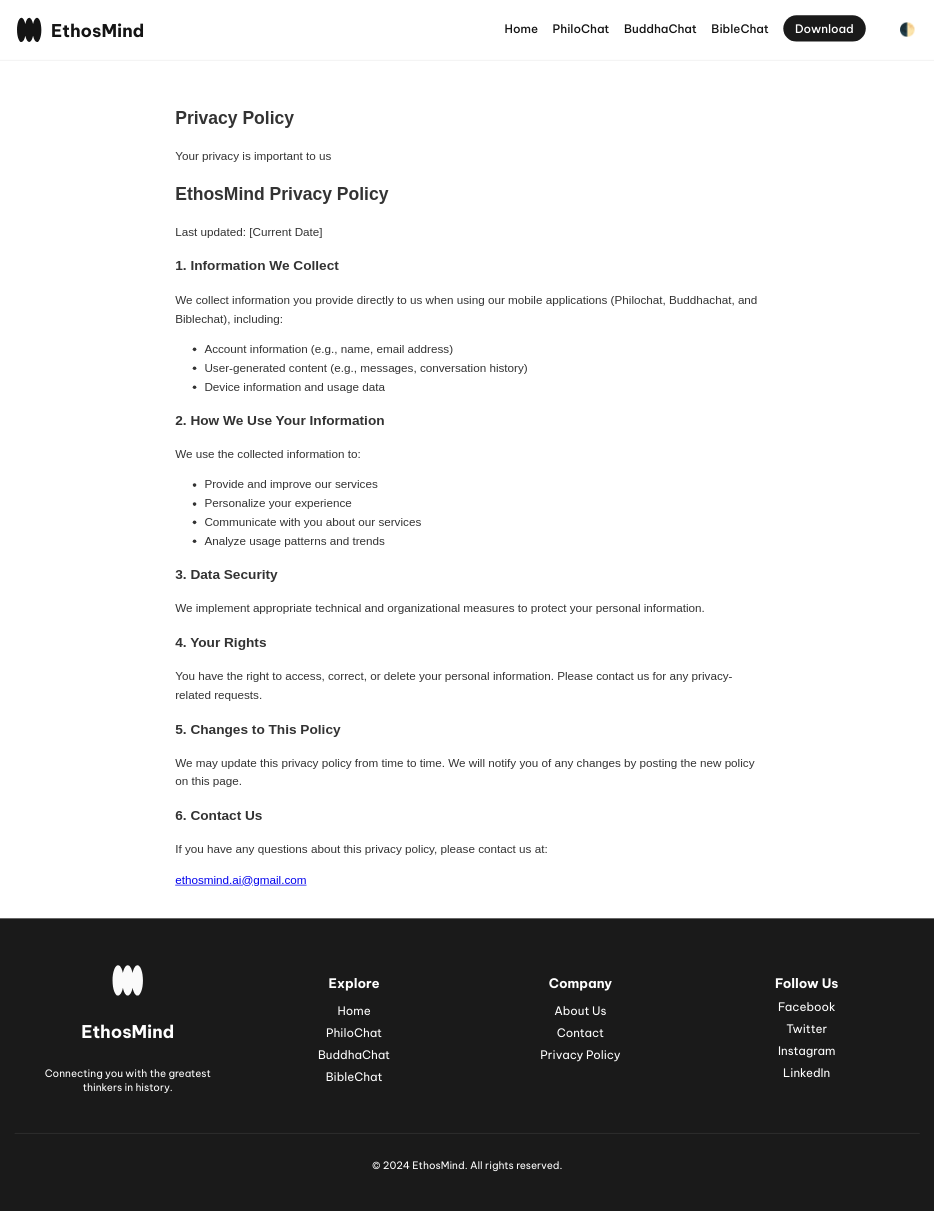
Repository: HSfac/EthosMindWeb
Page: /privacy
These files come from the project's save history. The page is drawn as it stood at one moment and after a run of saves; the edit follows.
The browser window is 1280 px wide. The pictures show the whole page, at 73% of full size.
The project was rebuilt for these pictures with package versions that can differ from the ones it lists, and the page was loaded fresh each time. Also part of the build but not shown: src/pages/Home.css, src/pages/Home.jsx, src/pages/SaintsChat.css, src/pages/SaintsChat.jsx, src/pages/BuddhaChat.css, src/pages/BuddhaChat.jsx, src/pages/BibleChat.css, src/pages/BibleChat.jsx and 6 more.

Above is the page before, as saved 2024-07-27 20:33:20.

### src/index.css
@import url('https://fonts.googleapis.com/css2?display=swap&family=Be+Vietnam+Pro:wght@400;500;700;900&family=Noto+Sans:wght@400;500;700;900');

body {
  font-family: "Be Vietnam Pro", "Noto Sans", sans-serif;
  margin: 0;
  padding: 0;
  box-sizing: border-box;
}

### src/App.jsx
import React from 'react';
import { BrowserRouter as Router, Route, Routes } from 'react-router-dom';
import Home from './pages/Home.jsx';
import SaintsChat from './pages/SaintsChat.jsx';
import BuddhaChat from './pages/BuddhaChat.jsx';
import BibleChat from './pages/BibleChat.jsx';
import Download from './pages/Download.jsx';
import About from './pages/AboutUs.jsx'; // About 페이지를 추가합니다.
import Contact from './pages/Contact.jsx'; // Contact 페이지를 추가합니다.
import Privacy from './pages/PrivacyPolicy'; // Privacy 페이지를 추가합니다.
import Header from './components/Header.jsx';
import Footer from './components/Footer.jsx';

function App() {
  return (
    <Router>
      <Header />
      <Routes>
        <Route path="/" element={<Home />} />
        <Route path="/saintschat" element={<SaintsChat />} />
        <Route path="/buddhachats" element={<BuddhaChat />} />
        <Route path="/biblechats" element={<BibleChat />} />
        <Route path="/download" element={<Download />} />
        <Route path="/about" element={<About />} /> {/* About 페이지를 추가합니다. */}
        <Route path="/contact" element={<Contact />} /> {/* Contact 페이지를 추가합니다. */}
        <Route path="/privacy" element={<Privacy />} /> {/* Privacy 페이지를 추가합니다. */}
      </Routes>
      <Footer />
    </Router>
  );
}

export default App;

### src/pages/PrivacyPolicy.jsx
import React from 'react';
import './PrivacyPolicy.css';

function Privacy() {
  return (
    <main className="privacy-main">
      <section className="privacy-hero">
        <h1 className="privacy-hero-title">Privacy Policy</h1>
        <p className="privacy-hero-description">Your privacy is important to us</p>
      </section>

      <section className="privacy-content">
        <h2 className="privacy-section-title">EthosMind Privacy Policy</h2>
        <p>Last updated: [Current Date]</p>

        <h3>1. Information We Collect</h3>
        <p>We collect information you provide directly to us when using our mobile applications (Philochat, Buddhachat, and Biblechat), including:</p>
        <ul>
          <li>Account information (e.g., name, email address)</li>
          <li>User-generated content (e.g., messages, conversation history)</li>
          <li>Device information and usage data</li>
        </ul>

        <h3>2. How We Use Your Information</h3>
        <p>We use the collected information to:</p>
        <ul>
          <li>Provide and improve our services</li>
          <li>Personalize your experience</li>
          <li>Communicate with you about our services</li>
          <li>Analyze usage patterns and trends</li>
        </ul>

        <h3>3. Data Security</h3>
        <p>We implement appropriate technical and organizational measures to protect your personal information.</p>

        <h3>4. Your Rights</h3>
        <p>You have the right to access, correct, or delete your personal information. Please contact us for any privacy-related requests.</p>

        <h3>5. Changes to This Policy</h3>
        <p>We may update this privacy policy from time to time. We will notify you of any changes by posting the new policy on this page.</p>

        <h3>6. Contact Us</h3>
        <p>If you have any questions about this privacy policy, please contact us at:</p>
        <a href="mailto:ethosmind.ai@gmail.com" className="privacy-email">ethosmind.ai@gmail.com</a>
      </section>
    </main>
  );
}

export default Privacy;

### src/components/Header.jsx
import React, { useEffect, useState } from 'react';
import { Link } from 'react-router-dom';
import './Header.css';
import logoBlack from '../assets/images/metamindlogoblack.svg'; // 로고 이미지 경로에 맞게 수정하세요.
import logoWhite from '../assets/images/metamindlogowhite.svg'; // 로고 이미지 경로에 맞게 수정하세요.

function Header() {
  const [isDarkMode, setIsDarkMode] = useState(false);

  useEffect(() => {
    const darkModeClass = 'dark-mode';
    const bodyClassList = document.body.classList;
    const isDark = bodyClassList.contains(darkModeClass);
    setIsDarkMode(isDark);
  }, []);

  const toggleDarkMode = () => {
    document.body.classList.toggle('dark-mode');
    setIsDarkMode(!isDarkMode);
  };

  return (
    <header className="header">
      <div className="header-logo-container">
        <Link to="/" className="header-logo-link">
          <img
            src={isDarkMode ? logoWhite : logoBlack}
            alt="MetaMind Logo"
            className="header-logo"
          />
          <h1 className="header-title">EthosMind</h1>
        </Link>
      </div>
      <nav className="nav">
        <ul className="nav-list">
          <li className="nav-item"><Link to="/">Home</Link></li>
          <li className="nav-item"><Link to="/saintschat">PhiloChat</Link></li>
          <li className="nav-item"><Link to="/buddhachats">BuddhaChat</Link></li>
          <li className="nav-item"><Link to="/biblechats">BibleChat</Link></li>
          <li className="nav-item header-download-button"><Link to="/download">Download</Link></li>
          <li className="nav-item"><button className="toggle-button" onClick={toggleDarkMode}>🌓</button></li>
        </ul>
      </nav>
    </header>
  );
}

export default Header;

### src/components/Footer.jsx
import React from 'react';
import { Link } from 'react-router-dom';
import './Footer.css';
import logoWhite from '../assets/images/metamindlogowhite.svg'; // 로고 이미지 경로

function Footer() {
  return (
    <footer className="footer">
      <div className="footer-content">
        <div className="footer-section footer-logo-section">
          <img src={logoWhite} alt="MetaMind Logo" className="footer-logo" />
          <h2 className="footer-title">EthosMind</h2>
          <p className="footer-description">Connecting you with the greatest thinkers in history.</p>
        </div>
        <div className="footer-section">
          <h3 className="footer-subtitle">Explore</h3>
          <ul className="footer-links">
            <li><Link to="/">Home</Link></li>
            <li><Link to="/saintschat">PhiloChat</Link></li>
            <li><Link to="/buddhachats">BuddhaChat</Link></li>
            <li><Link to="/biblechats">BibleChat</Link></li>
          </ul>
        </div>
        <div className="footer-section">
          <h3 className="footer-subtitle">Company</h3>
          <ul className="footer-links">
            <li><Link to="/about">About Us</Link></li>
            <li><Link to="/contact">Contact</Link></li>
            <li><Link to="/privacy">Privacy Policy</Link></li>
          </ul>
        </div>
        <div className="footer-section">
          <h3 className="footer-subtitle">Follow Us</h3>
          <div className="footer-social">
            <a href="https://facebook.com" target="_blank" rel="noopener noreferrer">Facebook</a>
            <a href="https://twitter.com" target="_blank" rel="noopener noreferrer">Twitter</a>
            <a href="https://instagram.com" target="_blank" rel="noopener noreferrer">Instagram</a>
            <a href="https://linkedin.com" target="_blank" rel="noopener noreferrer">LinkedIn</a>
          </div>
        </div>
      </div>
      <div className="footer-bottom">
        <p>&copy; 2024 EthosMind. All rights reserved.</p>
      </div>
    </footer>
  );
}

export default Footer;

### src/pages/PrivacyPolicy.css
.privacy-main {
  max-width: 800px;
  margin: 0 auto;
  padding: 40px 20px;
  font-family: Arial, sans-serif;
  line-height: 1.6;
  color: #333;
}

.privacy-ethosmind-content {
  background-color: #fff;
  padding: 30px;
  border-radius: 8px;
  box-shadow: 0 2px 10px rgba(0, 0, 0, 0.1);
}

.privacy-ethosmind-section-title {
  font-size: 28px;
  color: #2c3e50;
  margin-bottom: 20px;
  border-bottom: 2px solid #3498db;
  padding-bottom: 10px;
}

.privacy-ethosmind-last-updated {
  font-style: italic;
  color: #7f8c8d;
  margin-bottom: 20px;
}

.privacy-ethosmind-subtitle {
  font-size: 22px;
  color: #34495e;
  margin-top: 30px;
  margin-bottom: 15px;
}

.privacy-ethosmind-text {
  margin-bottom: 15px;
}

.privacy-ethosmind-list {
  padding-left: 20px;
  margin-bottom: 15px;
}

.privacy-ethosmind-list li {
  margin-bottom: 8px;
}

.privacy-ethosmind-email {
  color: #3498db;
  text-decoration: none;
  font-weight: bold;
}

.privacy-ethosmind-email:hover {
  text-decoration: underline;
}

@media (prefers-color-scheme: dark) {
  body {
    background-color: #1a1a1a;
  }

  .privacy-main {
    color: #f0f0f0;
  }

  .privacy-ethosmind-content {
    background-color: #2c2c2c;
    box-shadow: 0 2px 10px rgba(255, 255, 255, 0.1);
  }

  .privacy-ethosmind-section-title {
    color: #ecf0f1;
    border-bottom-color: #3498db;
  }

  .privacy-ethosmind-last-updated {
    color: #bdc3c7;
  }

  .privacy-ethosmind-subtitle {
    color: #ecf0f1;
  }

  .privacy-ethosmind-email {
    color: #3498db;
  }
}

@media (max-width: 600px) {
  .privacy-main {
    padding: 20px 10px;
  }

  .privacy-ethosmind-content {
    padding: 20px;
  }

  .privacy-ethosmind-section-title {
    font-size: 24px;
  }

  .privacy-ethosmind-subtitle {
    font-size: 20px;
  }
}

### src/components/Header.css
.header {
  display: flex;
  justify-content: space-between;
  align-items: center;
  padding: 10px 20px;
  border-bottom: 1px solid #ededed;
}

.header-logo-container {
  display: flex;
  align-items: center;
}

.header-logo-link {
  display: flex;
  align-items: center;
  text-decoration: none;
  color: var(--text-color);
}

.header-logo {
  width: 40px;
  height: 40px;
  margin-right: 10px;
}

.header-title {
  font-size: 24px;
  font-weight: bold;
}

.nav {
  display: flex;
}

.nav-list {
  display: flex;
  list-style: none;
  margin: 0;
  padding: 0;
}

.nav-item {
  margin-left: 20px;
}

.nav-item a {
  text-decoration: none;
  color: var(--text-color);
  font-weight: 500;
}

.header-download-button a {
  padding: 8px 16px;
  border-radius: 20px;
  background-color: #1a1a1a;
  color: white;
}

.toggle-button {
  background: none;
  border: none;
  font-size: 18px;
  cursor: pointer;
  margin-left: 20px;
}

:root {
  --bg-color: white;
  --text-color: #141414;
}

.dark-mode {
  --bg-color: #141414;
  --text-color: white;
}

body {
  background-color: var(--bg-color);
  color: var(--text-color);
  transition: background-color 0.3s, color 0.3s;
}

### src/components/Footer.css
.footer {
  background-color: #1a1a1a;
  color: white;
  padding: 40px 20px;
  text-align: center;
}

.footer-content {
  display: flex;
  flex-wrap: wrap;
  justify-content: space-around;
  margin-bottom: 20px;
}

.footer-section {
  flex: 1;
  min-width: 200px;
  margin: 20px;
}

.footer-logo-section {
  display: flex;
  flex-direction: column;
  align-items: center;
}

.footer-logo {
  width: 50px; /* 로고 크기를 조정 */
  height: 50px;
  margin-bottom: 10px;
}

.footer-title {
  display: flex;
  align-items: center;
  font-size: 24px;
  font-weight: bold;
}

.footer-title img {
  width: 40px; /* 로고 크기 조정 */
  height: 40px;
  margin-right: 10px;
}

.footer-description {
  font-size: 14px;
}

.footer-subtitle {
  font-size: 18px;
  font-weight: bold;
  margin-bottom: 10px;
}

.footer-links {
  list-style: none;
  padding: 0;
}

.footer-links li {
  margin-bottom: 10px;
}

.footer-links a {
  text-decoration: none;
  color: white;
}

.footer-social a {
  display: block;
  margin-bottom: 10px;
  text-decoration: none;
  color: white;
}

.footer-bottom {
  border-top: 1px solid #333;
  padding-top: 20px;
  font-size: 14px;
}

Loaded but not shown: public/index.html (common file); src/index.js (common file)

After the next 3 saves:
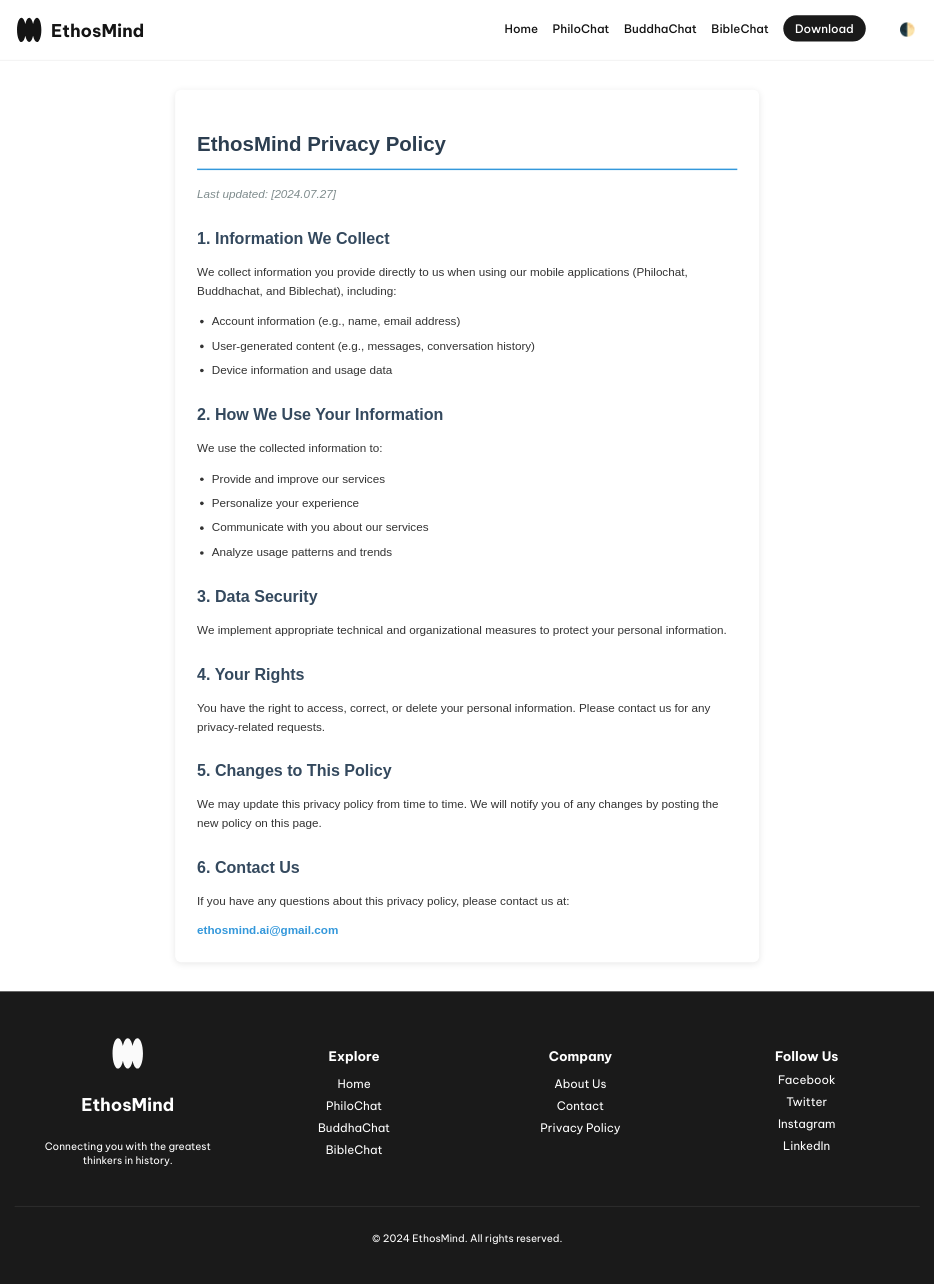
The 3 saves are shown as one change because they came seconds apart.
The last was saved 2 h 59 min later.
--- a/src/pages/PrivacyPolicy.jsx
+++ b/src/pages/PrivacyPolicy.jsx
@@ -4,44 +4,39 @@ import './PrivacyPolicy.css';
 function Privacy() {
   return (
     <main className="privacy-main">
-      <section className="privacy-hero">
-        <h1 className="privacy-hero-title">Privacy Policy</h1>
-        <p className="privacy-hero-description">Your privacy is important to us</p>
-      </section>
+      <section className="privacy-ethosmind-content">
+        <h2 className="privacy-ethosmind-section-title">EthosMind Privacy Policy</h2>
+        <p className="privacy-ethosmind-last-updated">Last updated: [2024.07.27]</p>
 
-      <section className="privacy-content">
-        <h2 className="privacy-section-title">EthosMind Privacy Policy</h2>
-        <p>Last updated: [Current Date]</p>
-
-        <h3>1. Information We Collect</h3>
-        <p>We collect information you provide directly to us when using our mobile applications (Philochat, Buddhachat, and Biblechat), including:</p>
-        <ul>
+        <h3 className="privacy-ethosmind-subtitle">1. Information We Collect</h3>
+        <p className="privacy-ethosmind-text">We collect information you provide directly to us when using our mobile applications (Philochat, Buddhachat, and Biblechat), including:</p>
+        <ul className="privacy-ethosmind-list">
           <li>Account information (e.g., name, email address)</li>
           <li>User-generated content (e.g., messages, conversation history)</li>
           <li>Device information and usage data</li>
         </ul>
 
-        <h3>2. How We Use Your Information</h3>
-        <p>We use the collected information to:</p>
-        <ul>
+        <h3 className="privacy-ethosmind-subtitle">2. How We Use Your Information</h3>
+        <p className="privacy-ethosmind-text">We use the collected information to:</p>
+        <ul className="privacy-ethosmind-list">
           <li>Provide and improve our services</li>
           <li>Personalize your experience</li>
           <li>Communicate with you about our services</li>
           <li>Analyze usage patterns and trends</li>
         </ul>
 
-        <h3>3. Data Security</h3>
-        <p>We implement appropriate technical and organizational measures to protect your personal information.</p>
+        <h3 className="privacy-ethosmind-subtitle">3. Data Security</h3>
+        <p className="privacy-ethosmind-text">We implement appropriate technical and organizational measures to protect your personal information.</p>
 
-        <h3>4. Your Rights</h3>
-        <p>You have the right to access, correct, or delete your personal information. Please contact us for any privacy-related requests.</p>
+        <h3 className="privacy-ethosmind-subtitle">4. Your Rights</h3>
+        <p className="privacy-ethosmind-text">You have the right to access, correct, or delete your personal information. Please contact us for any privacy-related requests.</p>
 
-        <h3>5. Changes to This Policy</h3>
-        <p>We may update this privacy policy from time to time. We will notify you of any changes by posting the new policy on this page.</p>
+        <h3 className="privacy-ethosmind-subtitle">5. Changes to This Policy</h3>
+        <p className="privacy-ethosmind-text">We may update this privacy policy from time to time. We will notify you of any changes by posting the new policy on this page.</p>
 
-        <h3>6. Contact Us</h3>
-        <p>If you have any questions about this privacy policy, please contact us at:</p>
-        <a href="mailto:ethosmind.ai@gmail.com" className="privacy-email">ethosmind.ai@gmail.com</a>
+        <h3 className="privacy-ethosmind-subtitle">6. Contact Us</h3>
+        <p className="privacy-ethosmind-text">If you have any questions about this privacy policy, please contact us at:</p>
+        <a href="mailto:ethosmind.ai@gmail.com" className="privacy-ethosmind-email">ethosmind.ai@gmail.com</a>
       </section>
     </main>
   );
